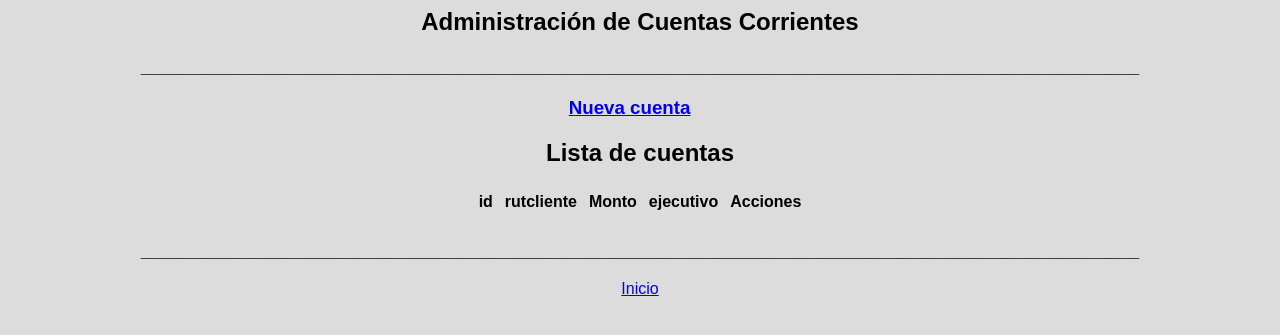
Repository: miguelalvarezcl/examen
Page: http://localhost/CtaCorriente/listCuentabd
These files come from the project's save history. The page is drawn as it stood at one moment and after the next save; the edit follows.
The browser window is 1280 px wide. The pictures show the whole page.
The page is served by Tomcat 9. Queries for data that is not in the repository find no rows.

Above is the page before, as saved 2021-11-13 22:18:26.

After the next save:
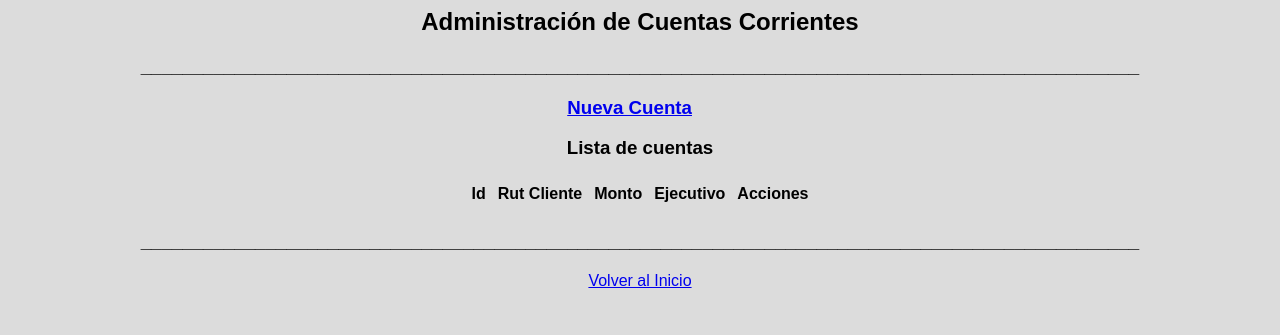
Saved 7 min 54 s later.
--- a/CtaCorriente/WebContent/ListaCuentas.jsp
+++ b/CtaCorriente/WebContent/ListaCuentas.jsp
@@ -10,19 +10,19 @@
         <h2>Administración de Cuentas Corrientes</h2>
         <h3>________________________________________________________________________________________________</h3>
         <h3>
-            <a href="/CtaCorriente/newcuenta">Nueva cuenta</a>
+            <a href="/CtaCorriente/newcuenta">Nueva Cuenta</a>
             &nbsp;&nbsp;&nbsp;
 
         </h3>
     </center>
     <div align="center">
         <table border="0" cellpadding="5">
-            <h2>Lista de cuentas</h2>
+            <h3>Lista de cuentas</h3>
             <tr>
-                <th>id</th>
-                <th>rutcliente</th>
+                <th>Id</th>
+                <th>Rut Cliente</th>
                 <th>Monto</th>
-                <th>ejecutivo</th>
+                <th>Ejecutivo</th>
                 <th>Acciones</th>
             </tr>
             <c:forEach var="cuentabd" items="${listCuentabd}">
@@ -45,7 +45,7 @@
         <center>
         <h4>
                 <h3>________________________________________________________________________________________________</h3>
-            <a href="/CtaCorriente/home.jsp">Inicio</a>
+            <a href="/CtaCorriente/home.jsp">Volver al Inicio</a>
         </h4>
     </center>
 </body>
